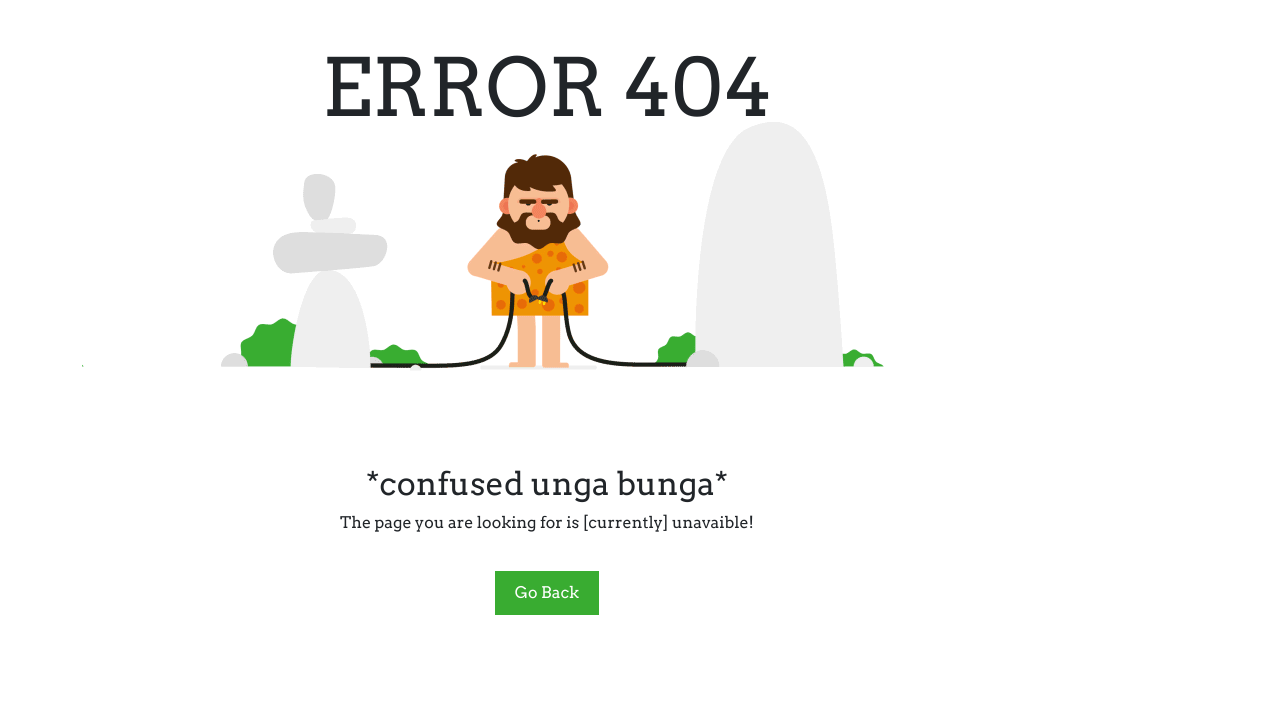
Repository: Delos-343/404-ERROR
Page: index.html
The author's editor kept a copy of each file at every save. The page is drawn from the files as they stood at one save, then again after the next save.
The browser window is 1280 px wide. The pictures show the whole page.

Above is the page before, as saved 2022-04-23 16:19:13.

After the next save:
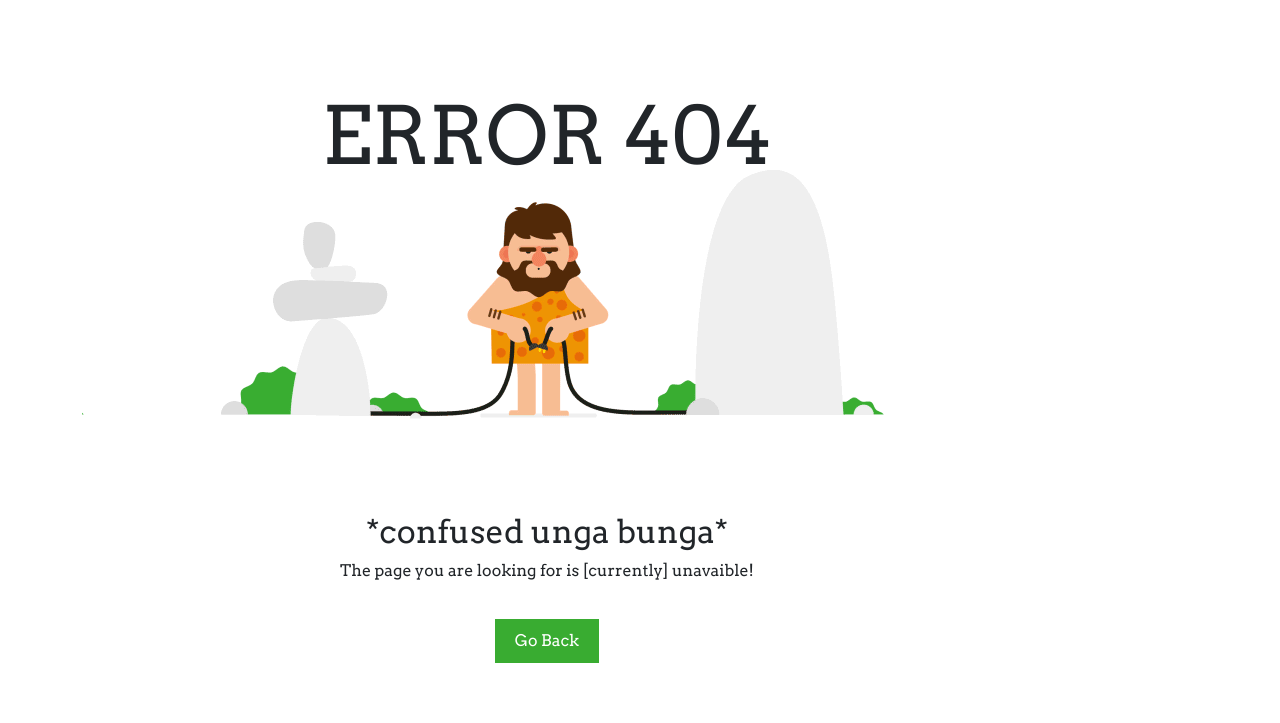
Saved 19 s later.
--- a/index.html
+++ b/index.html
@@ -16,7 +16,7 @@
             <div class="col-sm-12 ">
               <div class="col-sm-10 col-sm-offset-1  text-center">
                 <div class="four_zero_four_bg">
-                  <h1 class="text-center ">ERROR 404</h1>
+                  <h1 class="text-center mt-5">ERROR 404</h1>
 
                 </div>
 
